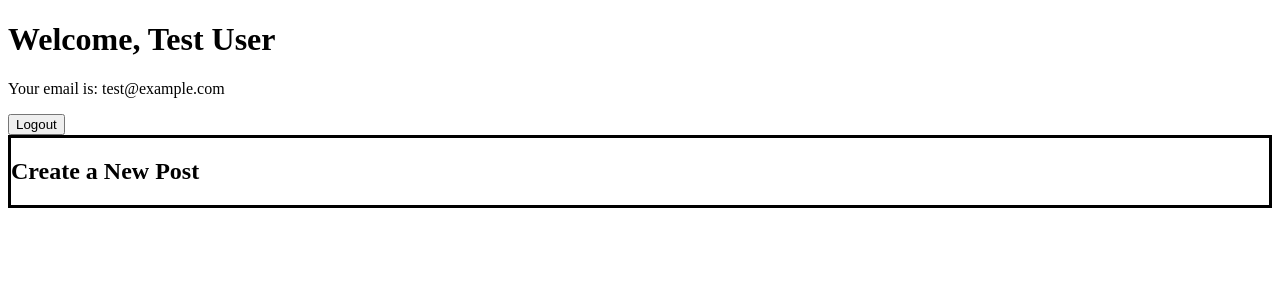
Repository: Adel-Shurrab/CRUD-System
Page: http://localhost/
These files come from the project's save history. The page is drawn as it stood at one moment and after a run of saves; the edit follows.
The browser window is 1280 px wide. The pictures show the whole page.
The page is served by the project's Laravel application, run on PHP 8.4 with Laravel 12. A made-up administrator, Test User (test@example.com), is signed in.

Above is the page before, as saved 2025-05-14 14:33:23.

After the next 2 saves:
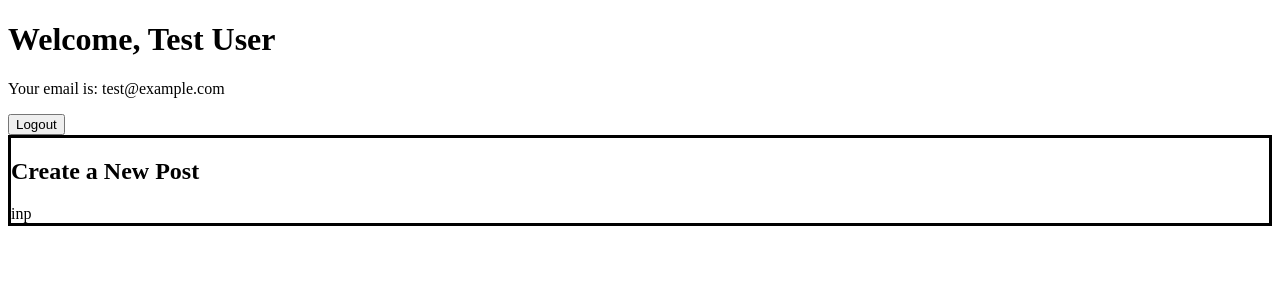
The 2 saves are shown as one change because they came seconds apart.
The last was saved 8 s later.
--- a/resources/views/home.blade.php
+++ b/resources/views/home.blade.php
@@ -19,7 +19,8 @@
     <div style="border: 3px solid black;">
         <h2>Create a New Post</h2>
         <form action="/" method="POST">
-
+            @csrf
+            inp
         </form>
     </div>
 
